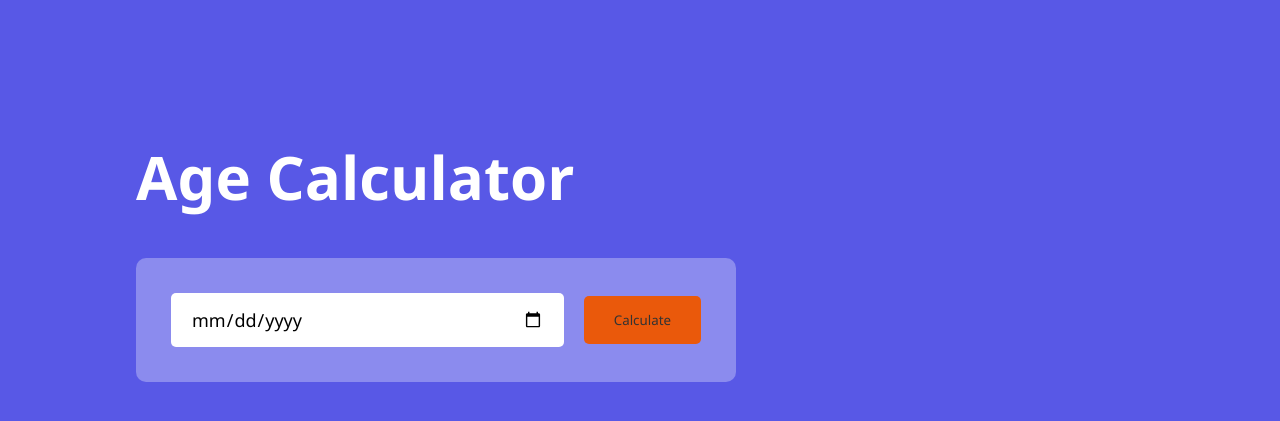
Repository: Thamayanthi-Narayanan/Age-Calculator
Page: index.html
An editor plug-in stored every save of this project. The page is shown before and after the next save, followed by the edit.
The browser window is 1280 px wide. The pictures show the whole page.

Above is the page before, as saved 2025-05-23 07:13:18.

After the next save:
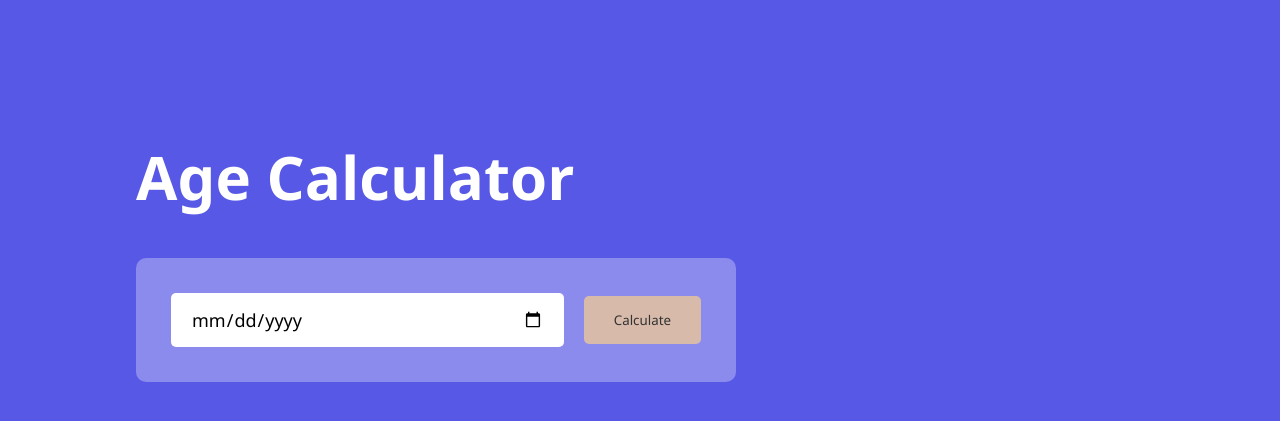
Saved 18 s later.
--- a/style.css
+++ b/style.css
@@ -39,7 +39,7 @@
     position: relative;
 }
 .input-box button{
-    background: #ea590b;
+    background: #d7baaa;
     border: 0;
     outline: 0;
     padding: 15px 30px;
